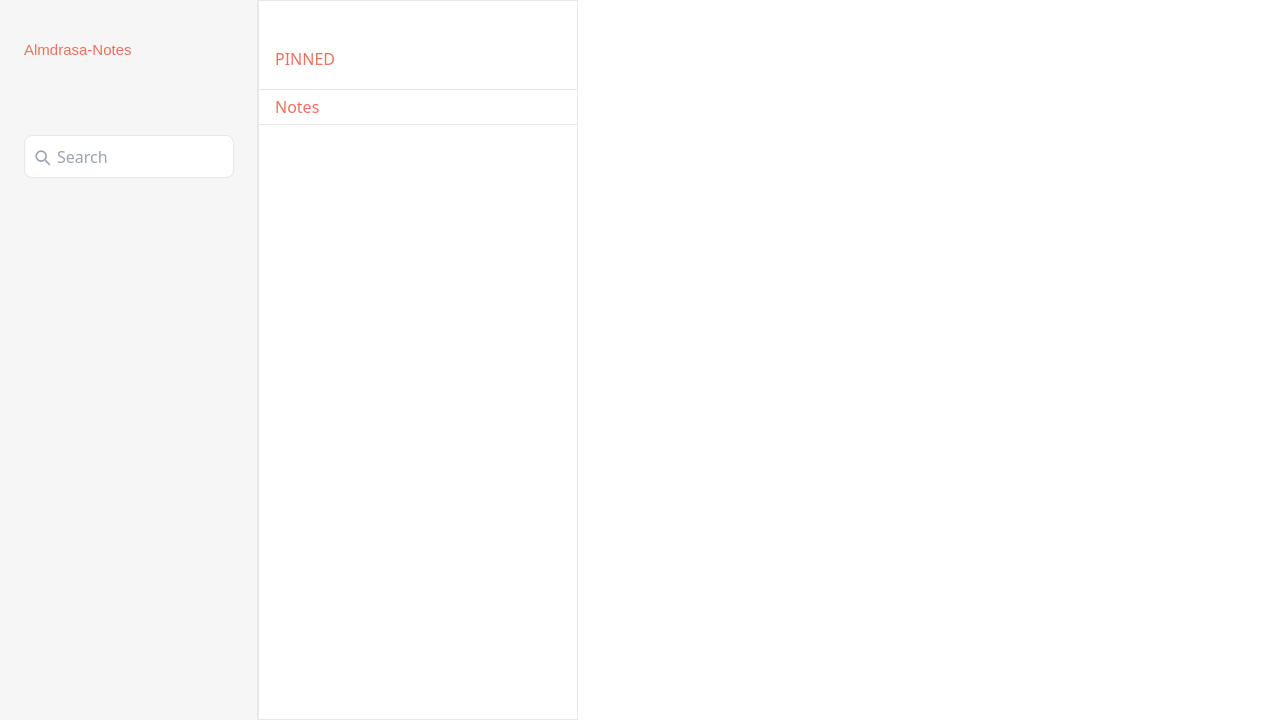
Repository: wafaa399/Note-App
Page: index.html
These files come from the project's save history. The page is drawn as it stood at one moment and after the next save; the edit follows.
The browser window is 1280 px wide. The pictures show the whole page.
Some web fonts or font styles are not loaded; a fallback is used. Some web libraries are served in a nearby version.

Above is the page before, as saved 2026-07-18 00:21:00.

### index.html
<!doctype html>
<html lang="en">
  <head>
    <meta charset="UTF-8" />
    <meta name="viewport" content="width=device-width, initial-scale=1.0" />
    <meta
      name="description"
      content="A notes application built with HTML, CSS, and JavaScript."
    />
    <meta name="keywords" content="notes, HTML, CSS, JavaScript" />
    <link rel="icon" href="/img/Logo.png" type="image/png" />
    <title>Note App</title>
    <script src="https://cdn.tailwindcss.com"></script>
    <link rel="preconnect" href="https://fonts.googleapis.com" />
    <link rel="preconnect" href="https://fonts.gstatic.com" crossorigin />
    <link
      href="https://fonts.googleapis.com/css2?family=Aclonica&display=swap"
      rel="stylesheet"
    />

    <script>
      tailwind.config = {
        theme: {
          extend: {
            fontFamily: {
              aclonica: ["Aclonica", "sans-serif"],
            },
          },
        },
      };
    </script>
  </head>
  <script
    type="module"
    src="https://unpkg.com/ionicons@7.1.0/dist/ionicons/ionicons.esm.js"
  ></script>

  <script
    nomodule
    src="https://unpkg.com/ionicons@7.1.0/dist/ionicons/ionicons.js"
  ></script>

  <body class="bg-gray-100 h-screen overflow-hidden text-sm text-gray-800">
    <div class="flex h-screen w-screen relative">
      <!--------SIDEBAR -------->
      <aside
        id="sidebar"
        class="bg-[#F6F6F6] border-r border-gray-200 flex-shrink-0 overflow-hidden pl-6 pt-10"
        style="width: 16.125rem"
      >
        <div class="w-[8.375rem] h-[1.0625rem]">
          <h1
            class="font-aclonica text-[0.9375rem] text-[#EC7160] font-normal mb-[4.7rem]"
          >
            Almdrasa-Notes
          </h1>

          <div class="relative mb-5 w-[13.125rem] h-[2.6875rem]">
            <input
              type="text"
              placeholder="Search"
              class="w-full h-full text-[1rem] border border-[#E7E7E9] rounded-lg pl-8 py-2 outline-none focus:ring-1 focus:ring-red-400"
            />

            <svg
              class="w-5 h-5 text-gray-400 absolute left-2 top-1/2 -translate-y-1/2"
              fill="none"
              stroke="currentColor"
              viewBox="0 0 24 24"
            >
              <path
                stroke-linecap="round"
                stroke-linejoin="round"
                stroke-width="2"
                d="M21 21l-4.35-4.35M17 11a6 6 0 11-12 0 6 6 0 0112 0z"
              />
            </svg>

          </nav>
        </div>
      </aside>

      <!--============NOTES LIST============ -->
      <section
        class="w-80 flex-shrink-0 border border-[#E7E7E9] bg-white text-[#EC7160] overflow-y-auto"
      >
        <div class="px-4 pt-12">
          <div class="mb-1">
            <p class="text-[1rem] font-normal mb-2">PINNED</p>
            <div id="pinnedList" class="space-y-1"></div>
          </div>

          <div class="mt-5">
            <div
              class="-mx-4 h-[36px] border-y border-[#E7E7E9] flex items-center"
            >
              <p class="px-4 text-[1rem] font-normal">Notes</p>
            </div>

            <div id="notesList" class="space-y-1"></div>
          </div>
        </div>
      </section>
      <!----------TOGGLE BUTTON ------------->
      <!-- <button
        id="toggleBtn"
        class="absolute top-1/2 -translate-y-1/2 z-20 bg-white border border-gray-200 rounded-full w-6 h-6 flex items-center justify-center shadow-sm hover:bg-gray-50 transition-all"
        style="left: 232px"
      >
        <svg
          id="toggleIcon"
          class="w-3.5 h-3.5 text-gray-500 transition-transform"
          fill="none"
          stroke="currentColor"
          viewBox="0 0 24 24"
        >
          <path
            stroke-linecap="round"
            stroke-linejoin="round"
            stroke-width="2"
            d="M15 19l-7-7 7-7"
          />
        </svg>
      </button> -->

      <!-- ============ NOTE DETAIL ============ -->
      <main class="flex-1 overflow-y-auto bg-white">
        <div id="detailView" class="max-w-2xl mx-auto p-8"></div>
      </main>
    </div>
  </body>
</html>

After the next save:
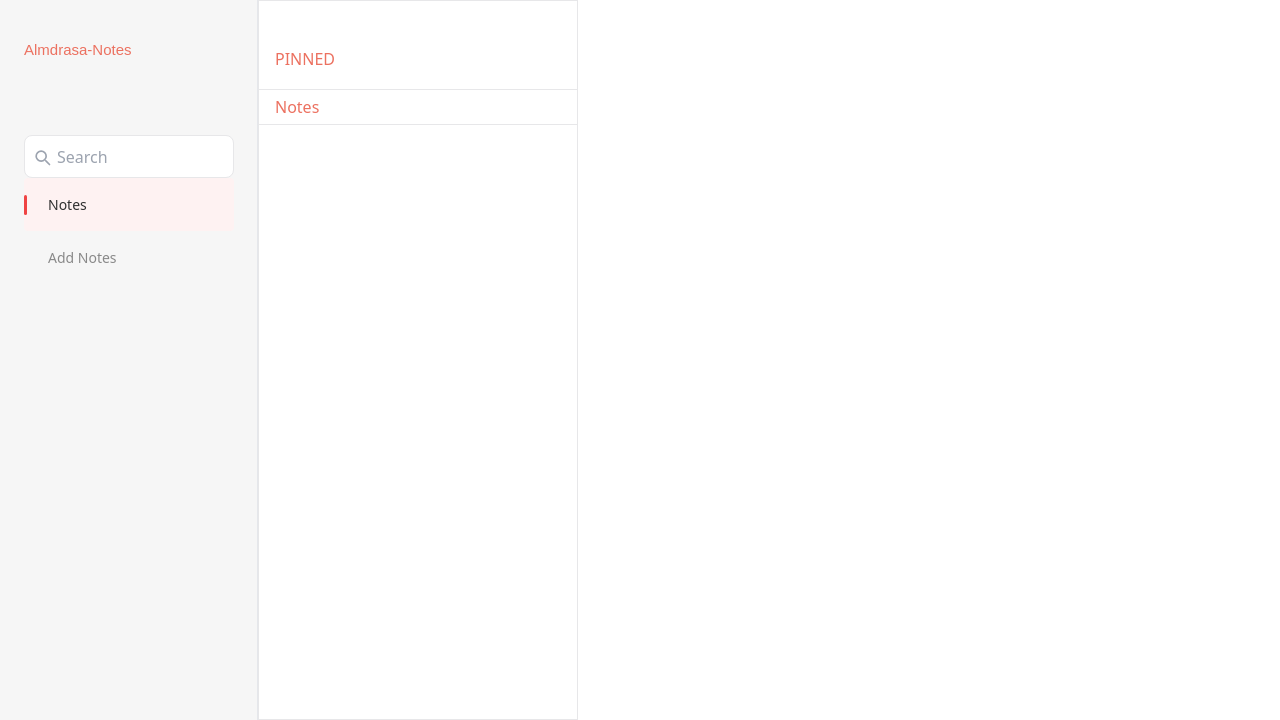
Saved 29 s later.
--- a/index.html
+++ b/index.html
@@ -75,7 +75,17 @@
                 d="M21 21l-4.35-4.35M17 11a6 6 0 11-12 0 6 6 0 0112 0z"
               />
             </svg>
-
+     <button data-view="notes"
+          class="nav-item relative w-full h-[53px] text-left pl-6 rounded bg-red-50 font-medium text-[#303030] flex items-center">
+          <span class="absolute left-0 top-1/2 -translate-y-1/2 w-[3px] h-[20px] bg-red-500 rounded-full"></span>
+          Notes
+        </button>
+        <button data-view="add"
+          class="nav-item w-full h-[53px] text-left pl-6 rounded text-[#898989] flex items-center hover:bg-gray-50">
+          Add Notes
+        </button>
+      </nav>
+    </div>
           </nav>
         </div>
       </aside>
